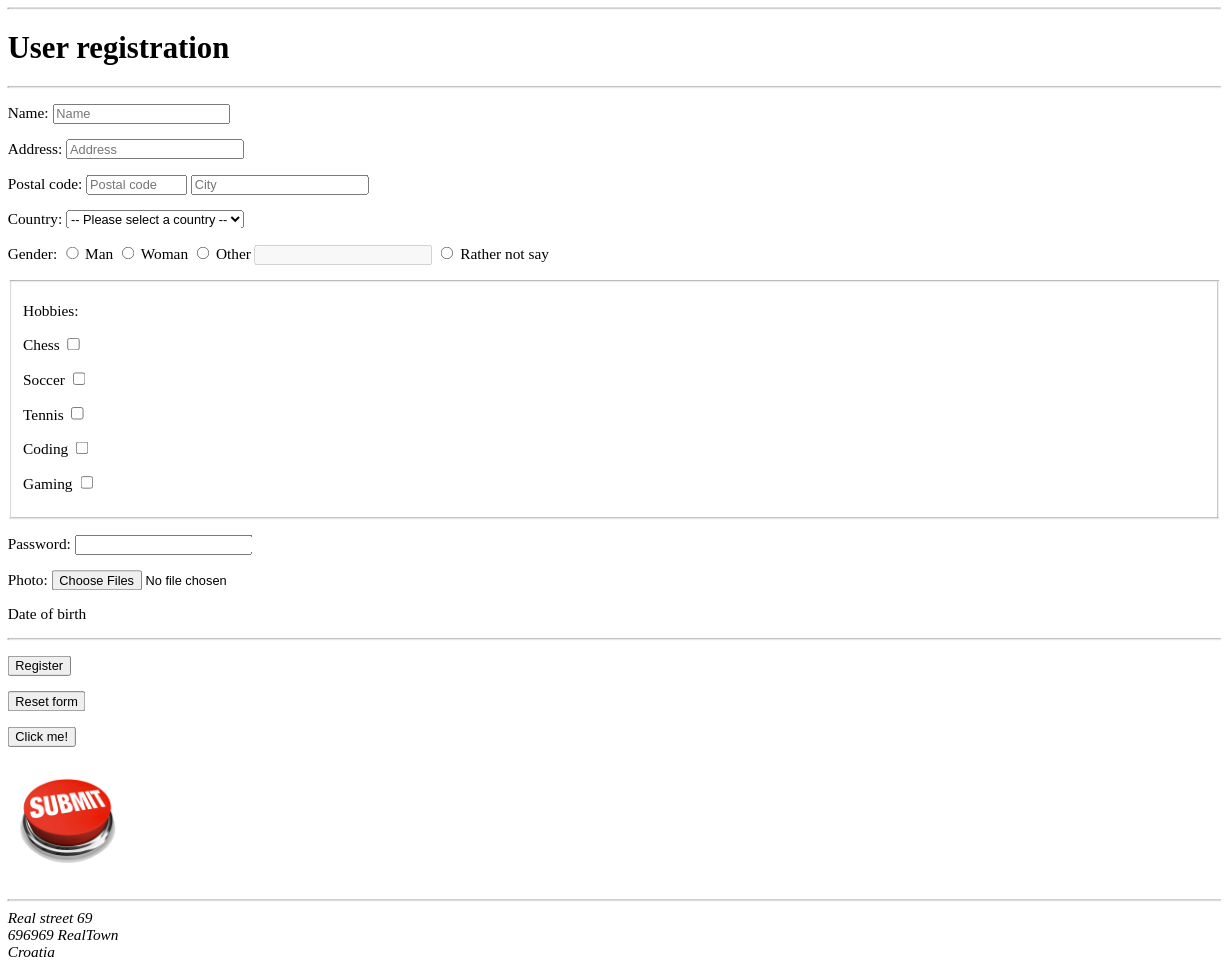
Repository: Filip-Husic/AW_frontend
Page: ex3Forms.html
These files come from the project's save history. The page is drawn as it stood at one moment and after a run of saves; the edit follows.
The browser window is 1280 px wide. The pictures show the whole page, at 96% of full size.

Above is the page before, as saved 2022-11-23 14:17:29.

After the next 3 saves:
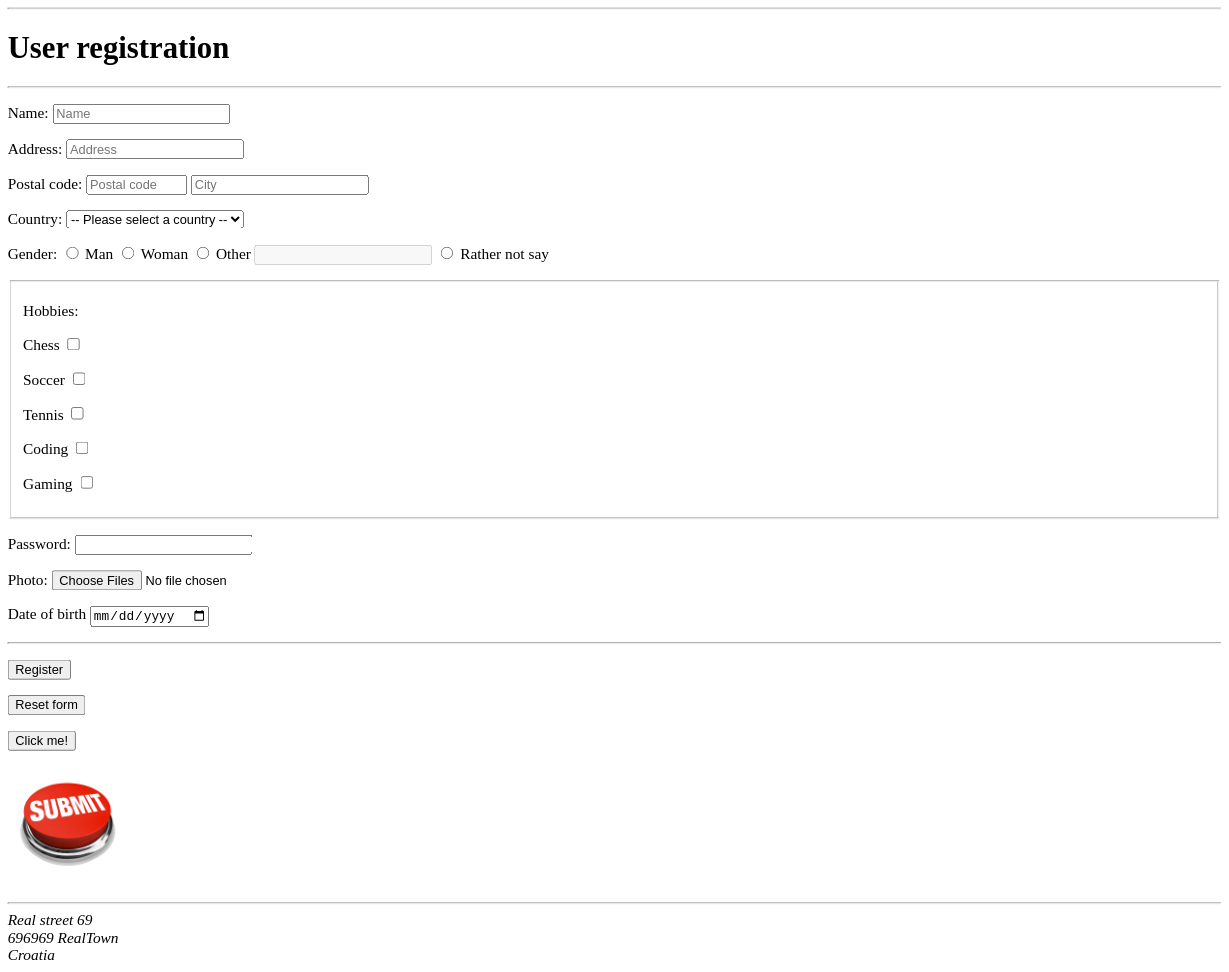
The 3 saves are shown as one change because they came seconds apart.
The last was saved 10 s later.
--- a/ex3Forms.html
+++ b/ex3Forms.html
@@ -82,6 +82,7 @@
         </p>
         <p>
             <label for="date_birth">Date of birth</label>
+            <input type="date">
         </p>
         <hr>
         <p>
